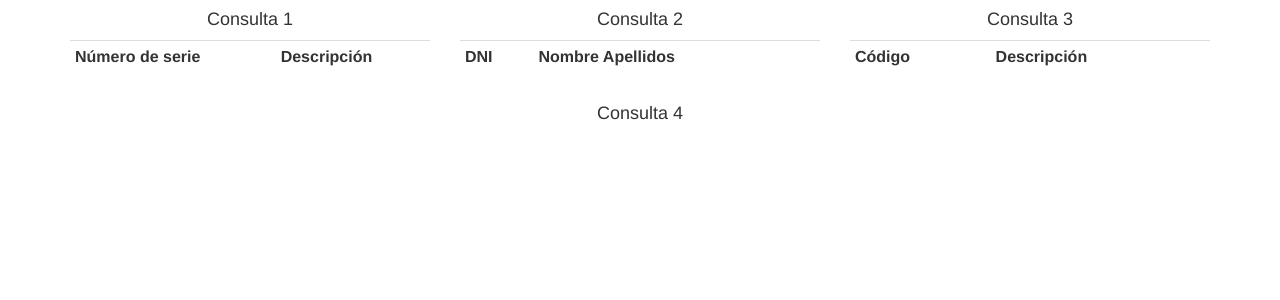
Repository: Myugen/EjercicioPHP
Page: http://localhost/Ejercicio2/index.php
An editor plug-in stored every save of this project. The page is shown before and after the next save, followed by the edit.
The browser window is 1280 px wide. The pictures show the whole page.
Some web libraries are served in a nearby version. The page is run by PHP 8.4 with error messages shown; the project is at /var/www/html/. Queries for data that is not in the repository find no rows.

Above is the page before, as saved 2015-11-18 13:54:43.

After the next save:
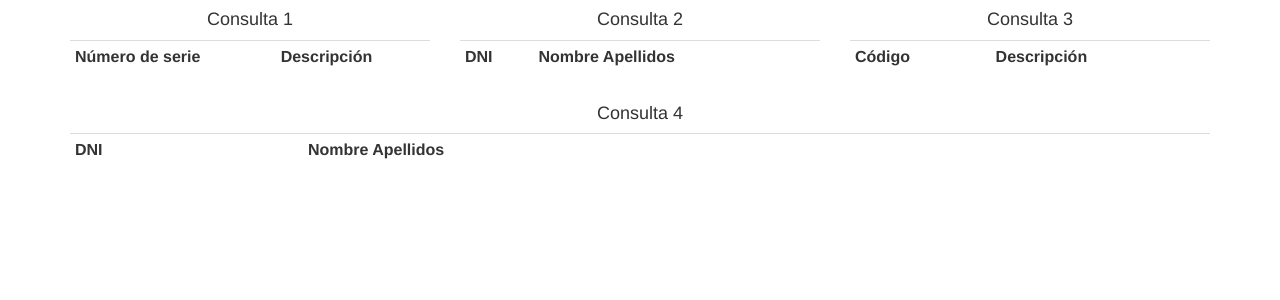
Saved 4 h 43 min later.
--- a/Actividades5-2/Ejercicio2/index.php
+++ b/Actividades5-2/Ejercicio2/index.php
@@ -86,7 +86,23 @@
 		<div class="col-md-12">
 			<h4>Consulta 4</h4>
 			<?php
-
+			$consulta4 = "SELECT p.dni, p.nombre_y_apellidos
+						  FROM profesionales as p
+						  WHERE p.dni IN (SELECT t.dni
+					                        FROM tiempo_uso as t
+					                        WHERE p.dni = t.dni)
+					      ORDER BY(p.nombre_y_apellidos)";
+			if($resultado = $conexion->query($consulta4)) {
+				echo "<table class='table table-condensed'>";
+				echo "<tr><th>DNI</th><th>Nombre Apellidos</th></tr>";
+				while($row = $resultado->fetch_row()){
+					echo "<tr><td>" . utf8_encode($row[0]) . "</td><td>" . utf8_encode($row[1]) . "</td></tr>";
+				}
+				echo "</table>";
+			}
+			else {
+				echo "<p class='text-danger'>Consulta no resuelta. Error $conexion->errno : $conexion->error </p><br>";
+			}
 			?>
 		</div>
 	</div>
